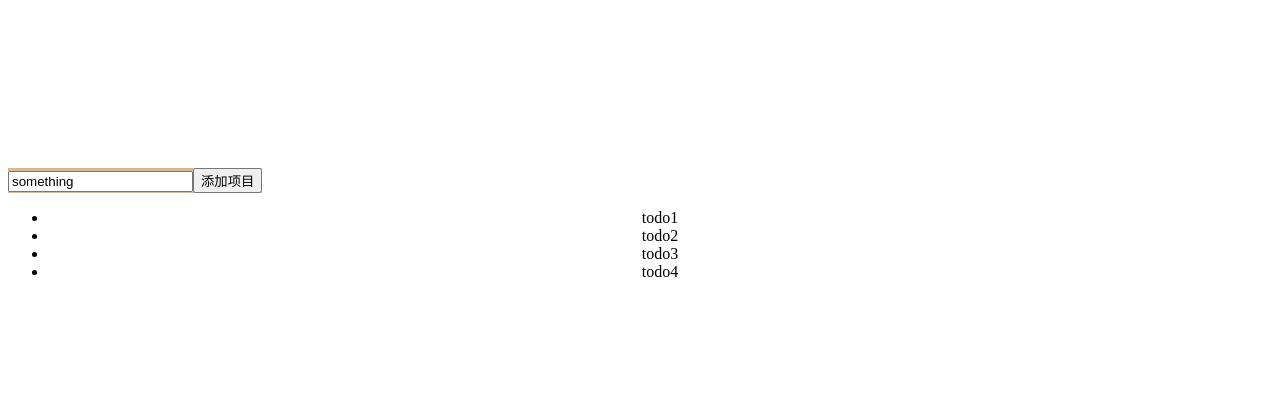
Repository: ArtemisWang/todolistProject
Page: /
These files come from the project's save history. The page is drawn as it stood at one moment and after the next save; the edit follows.
The browser window is 1280 px wide. The pictures show the whole page.
The project was rebuilt for these pictures with package versions that can differ from the ones it lists, and the page was loaded fresh each time.

Above is the page before, as saved 2020-02-28 21:35:51.

After the next save:
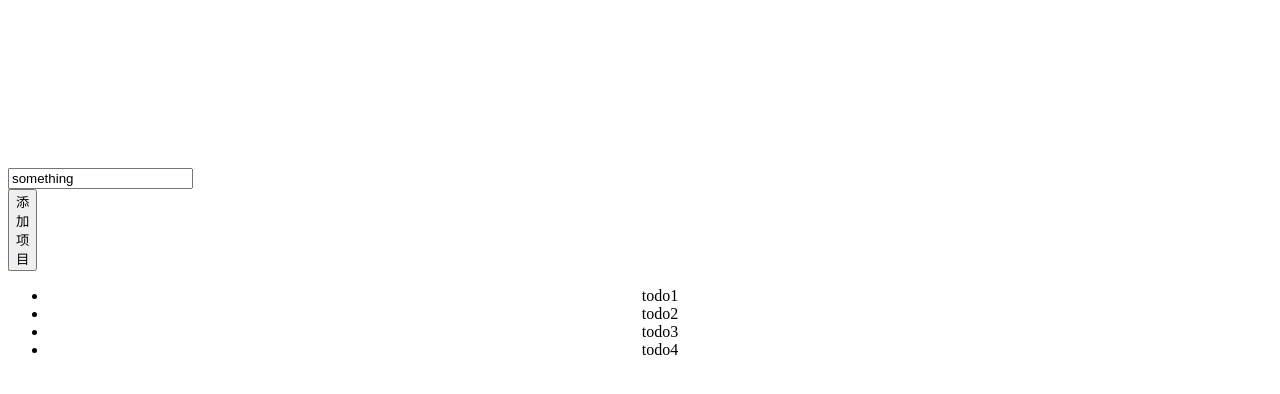
Saved 36 s later.
--- a/src/App.css
+++ b/src/App.css
@@ -6,6 +6,6 @@
 .input{
     display: block;
     background-color: burlywood;
-    width: fit-content;
+    width: 20px;
     text-align: center;
 }
